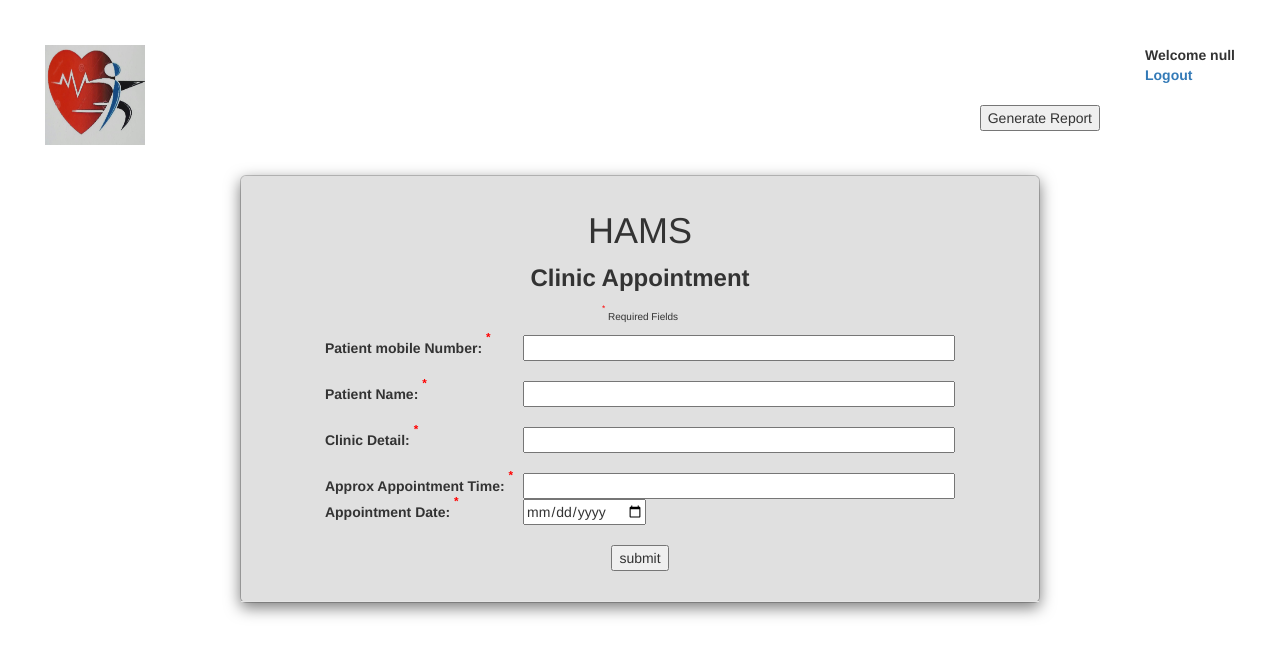
Repository: shiveshk/PullData
Page: http://localhost/Hams/edit.jsp
An editor plug-in stored every save of this project. The page is shown before and after a run of saves, followed by the edit.
The browser window is 1280 px wide. The pictures show the whole page.
The page is served by Tomcat 9.

Above is the page before, as saved 2015-12-01 07:25:15.
Console error (its wording comes from the project's code and is left out).

After the next 2 saves:
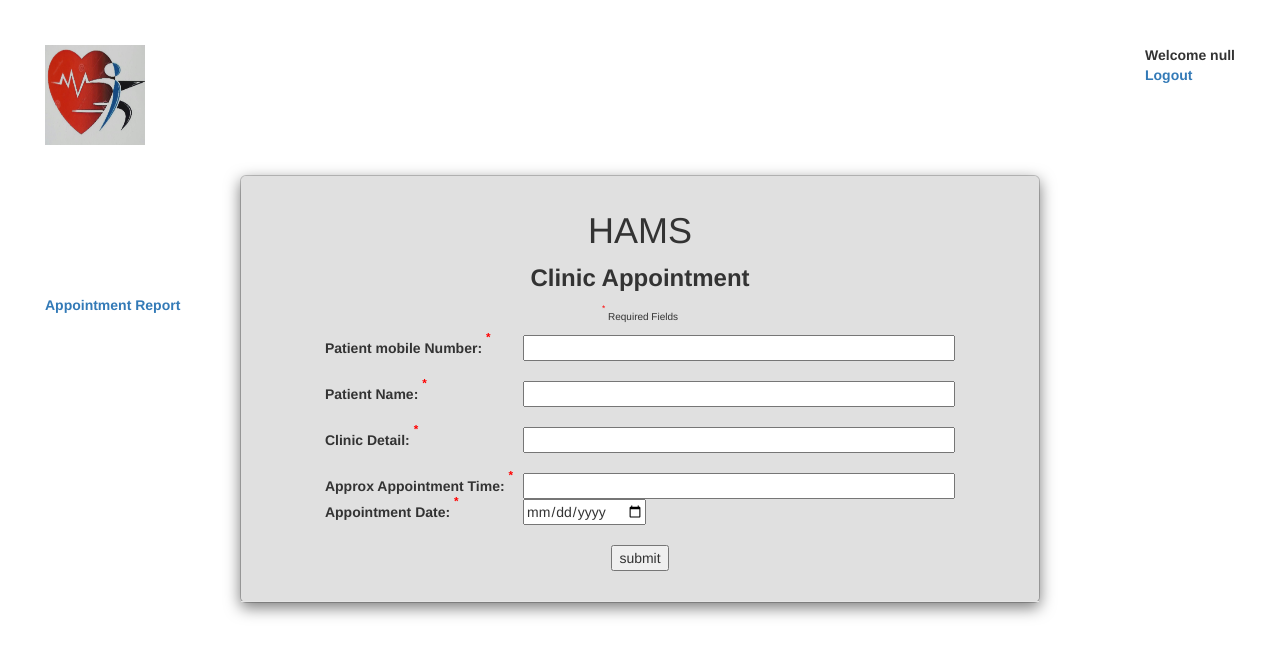
The 2 saves are shown as one change because they came seconds apart.
The last was saved 28 s later.
--- a/Hams/WebContent/edit.jsp
+++ b/Hams/WebContent/edit.jsp
@@ -35,10 +35,8 @@
 </b></div>
 <img src = "images/HAMSLogo.jpg" alt="hamslogo" id="img1" style=" margin-left: 45px; "/>
 
-<div style="margin-top: 60px; margin-right:45px; float:right ">
-	<form name="generate_report" action=" " method="post" onsubmit="redirect(this);">
-		<input type="submit" name="act" value="Generate Report" />
-	</form>
+<div style="margin-left: 45px; margin-top: 150px; position: absolute;  "><b>
+	 <a href="generateReport.jsp" onsubmit=" redirect(this);">Appointment Report</a></b>
 </div>
 
 <div class="container" >
